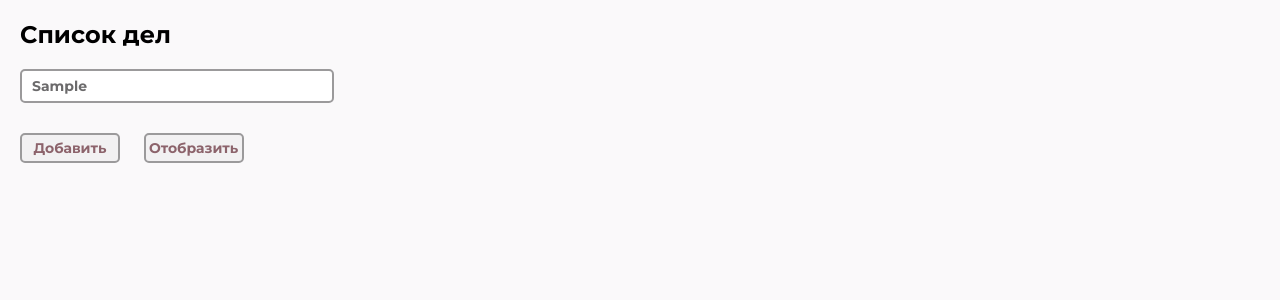
Repository: andbaik/it_unit9
Page: index.html
These files come from the project's save history. The page is drawn as it stood at one moment and after the next save; the edit follows.
The browser window is 1280 px wide. The pictures show the whole page.
Empty fields were first filled with sample values (such as "Sample", 5 or name@example.com).
After loading, the first visible `#add_btn` was clicked once.

Above is the page before, as saved 2021-04-10 21:03:13.

### index.html
<!DOCTYPE html>
<html lang="ru">
<head>
    <meta charset="UTF-8">
    <meta http-equiv="X-UA-Compatible" content="IE=edge">
    <meta name="viewport" content="width=device-width, initial-scale=1.0">
    <title>Список дел</title>
    <link rel="stylesheet" href="/css/style.css">
</head>
<body>

    <head>
        <h1>Список дел</h1>
    </head>
    <section>
        <input type="text" name="task" id="task" placeholder="Задание">
        <div class="btn-block">
        <button id="add_btn" class="add-task btn">Добавить</button>
        <button id="show_btn" class="show-task btn">Отобразить</button>
        </div>
        <div id="result"> Элемент был добавлен</div>
    </section>
    <script src="https://ajax.googleapis.com/ajax/libs/jquery/3.6.0/jquery.min.js"></script>
    <script>

        $("#add_btn").on('click',function(){
            $("#result").css("display", "display");
        });
    </script>
</body>
</html>

### css/style.css
@import url('https://fonts.googleapis.com/css2?family=Montserrat:wght@400;700&display=swap');

* {
    margin: 0;
    padding: 0;
    font-family: 'Montserrat', sans-serif;
    font-size: 14px;
}

body {
    margin: 20px;
    background-color: #FAF9FA;

}

h1 {
    font-size: 24px;
}

input {
    width: 300px;
    height: 30px;
    border: 2px solid #9B9A9B;
    border-radius: 5px;
    color: #6B6A6B;
    outline: none;
    padding-left: 10px;
    font-weight: 700;
    margin: 20px 0;
}

input:focus{
    border-color: #8C636B;
    color: #8C636B;
}

section .btn-block{
    margin: 10px 0;
}

.btn {
    width: 100px;
    height: 30px;
    background-color: #F2F1F2;
    color: #8C636B;
    border: 2px solid #9B9A9B;
    border-radius: 5px;
    font-weight: 700;
    outline: none;

}

.btn:hover {
    border-color: rgb(151, 24, 24);
    background-color: #8C636B;
    color: white;
}

.show-task{
    margin-left: 20px;
}

#result {
    width: 300px;
    height: 30px;
    border: 2px solid #9B9A9B;
    border-radius: 5px;
    line-height: 30px;
    font-weight: 700;
    color: #848384;
    padding: 10px;
    margin: 30px 0;
    display:none;
}

.add-el{
    color: #5C5B5C;
}

After the next save:
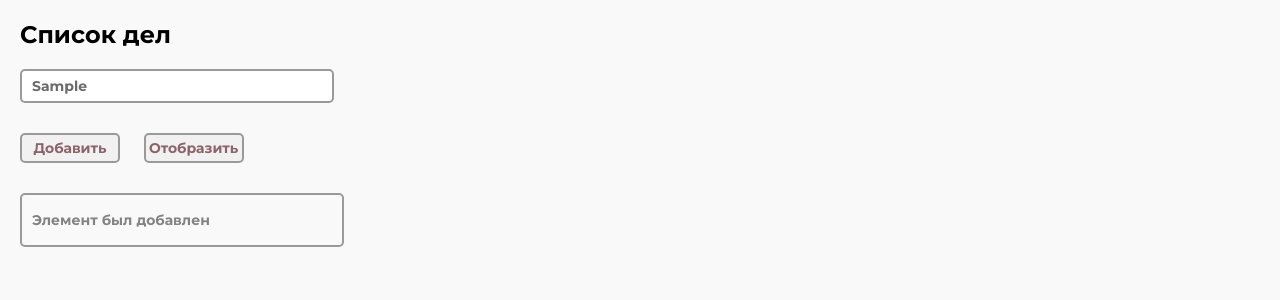
Saved 12 s later.
--- a/index.html
+++ b/index.html
@@ -24,7 +24,7 @@
     <script>
 
         $("#add_btn").on('click',function(){
-            $("#result").css("display", "display");
+            $("#result").css("display", "block");
         });
     </script>
 </body>
